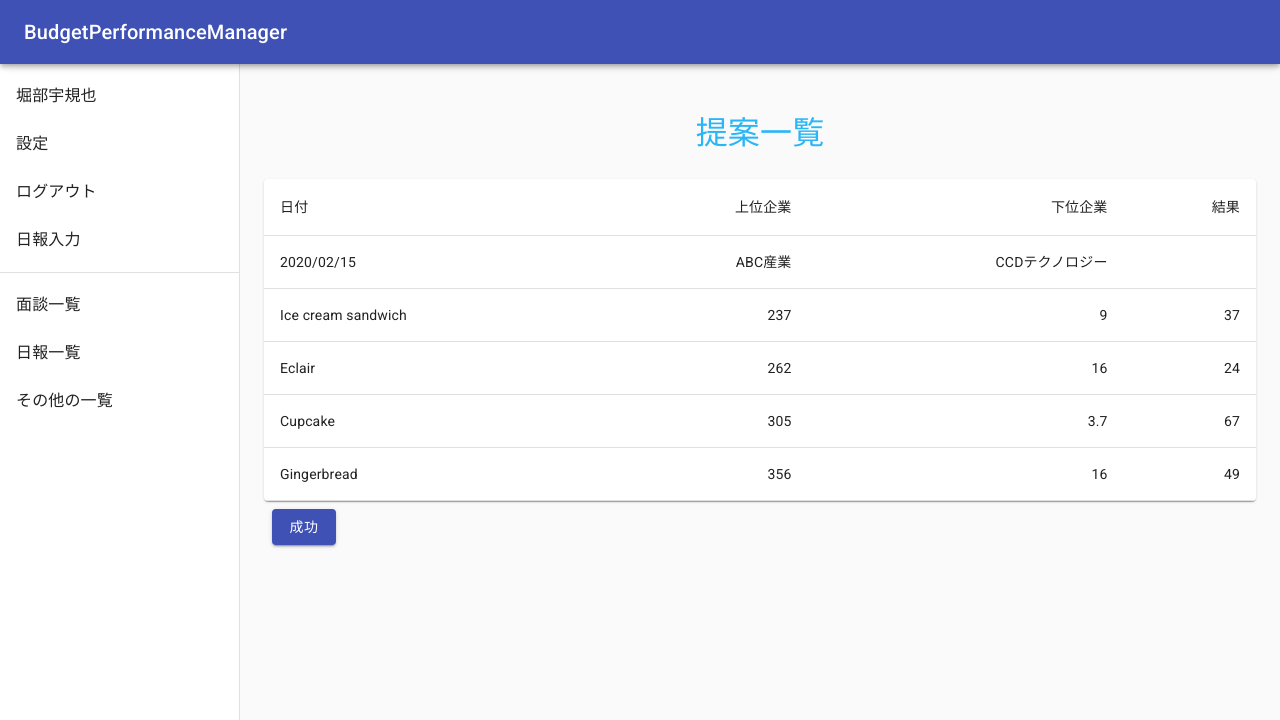
Repository: ukiyah/test
Page: / (app in src/)
These files come from the project's save history. The page is drawn as it stood at one moment and after the next save; the edit follows.
The browser window is 1280 px wide. The pictures show the whole page.
The project was rebuilt for these pictures with package versions that can differ from the ones it lists, and the page was loaded fresh each time. Also part of the build but not shown: src/material-dashboard-react.js, src/Navbars/ref_AdminNavbarLinks/customInputStyle.js, src/Navbars/ref_AdminNavbarLinks/CustomInput.js, src/Navbars/ref_AdminNavbarLinks/buttonStyle.js, src/Navbars/ref_AdminNavbarLinks/Button.js, src/Navbars/ref_AdminNavbarLinks/dropdownStyle.js, src/Navbars/ref_AdminNavbarLinks/headerLinksStyle.js, src/Navbars/AdminNavbarLinks.js and 4 more.

Above is the page before, as saved 2020-02-20 19:08:47.

After the next save:
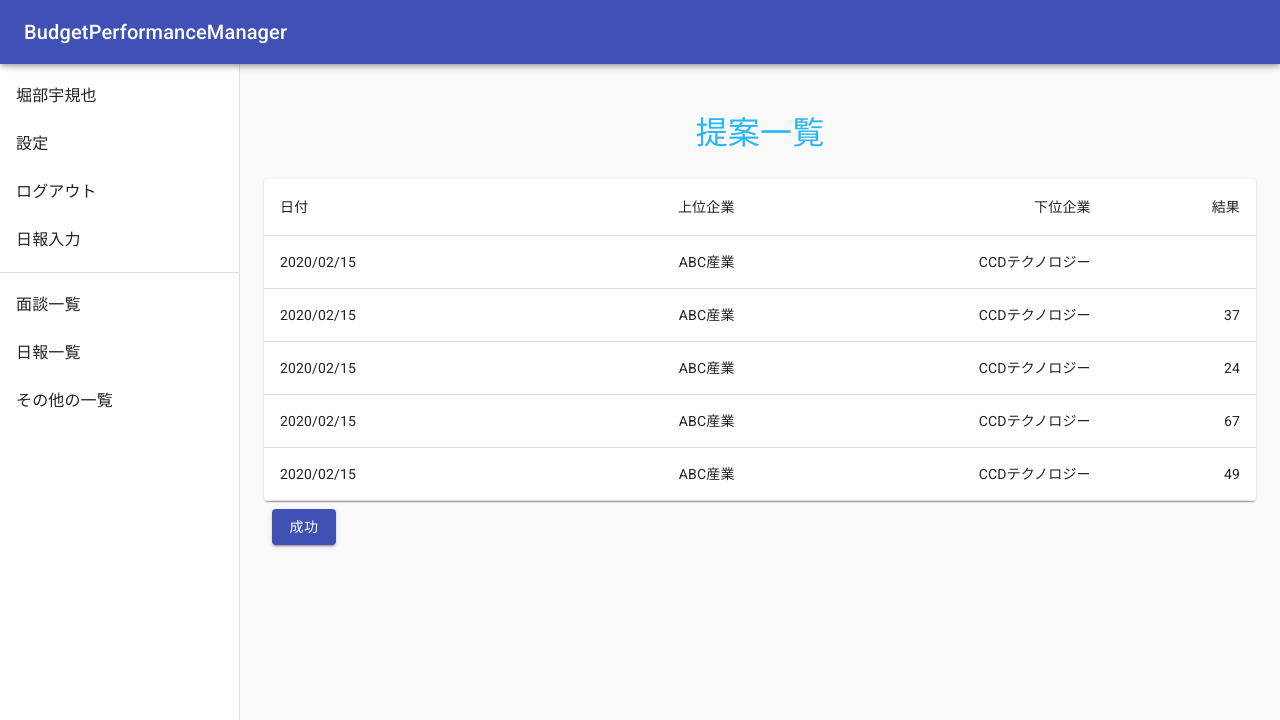
Saved 61 s later.
--- a/src/Table.js
+++ b/src/Table.js
@@ -20,10 +20,10 @@ function createData(name, calories, fat, carbs, protein) {
 
 const rows = [
   createData('2020/02/15', 'ABC産業', 'CCDテクノロジー'),
-  createData('Ice cream sandwich', 237, 9.0, 37, 4.3),
-  createData('Eclair', 262, 16.0, 24, 6.0),
-  createData('Cupcake', 305, 3.7, 67, 4.3),
-  createData('Gingerbread', 356, 16.0, 49, 3.9),
+  createData('2020/02/15', 'ABC産業', 'CCDテクノロジー', 37, 4.3),
+  createData('2020/02/15', 'ABC産業', 'CCDテクノロジー', 24, 6.0),
+  createData('2020/02/15', 'ABC産業', 'CCDテクノロジー', 67, 4.3),
+  createData('2020/02/15', 'ABC産業', 'CCDテクノロジー', 49, 3.9),
 ];
 
 export default function SimpleTable() {
